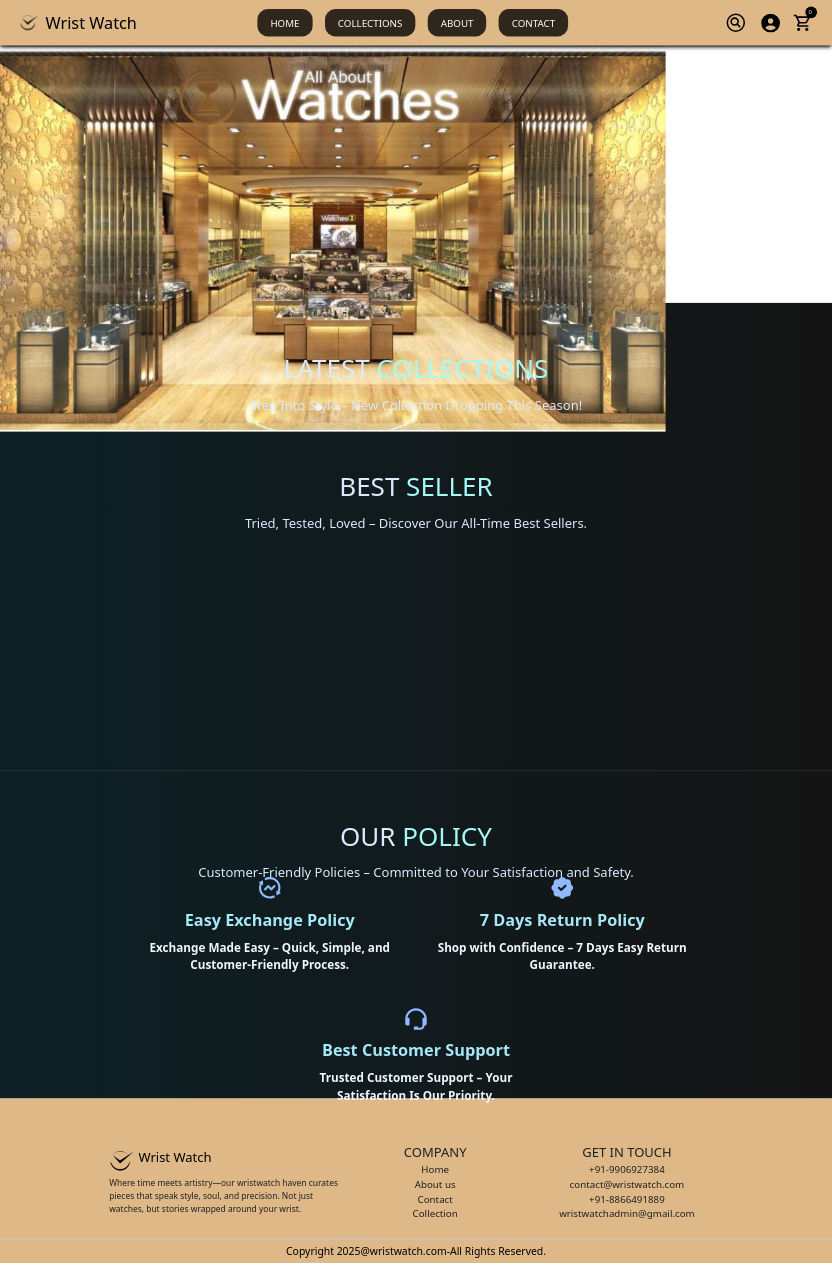
Repository: mansibhanushali/online_watch_ecommerce_mernstack_webapplication
Page: / (app in frontend/)
An editor plug-in stored every save of this project. The page is shown before and after the next save, followed by the edit.
The browser window is 1280 px wide. The pictures show the whole page, at 65% of full size.
The page's requests for data from a server got no answer. The project was rebuilt for these pictures with package versions that can differ from the ones it lists, and the page was loaded fresh each time. No one was signed in, and anything a server would have sent is missing. Also part of the build but not shown: frontend/vite.config.js, frontend/src/component/Loading.jsx, frontend/src/pages/Registration.jsx, frontend/src/component/Card.jsx, frontend/src/pages/Login.jsx, frontend/src/pages/About.jsx, frontend/src/pages/Collections.jsx, frontend/src/pages/Contact.jsx and 6 more.

Above is the page before, as saved 2025-08-15 22:29:18.

### frontend/index.html
<!doctype html>
<html lang="en">
  <head>
    <meta charset="UTF-8" />
    <link rel="icon" type="image/svg+xml" href="\logo1.png" />
    <meta name="viewport" content="width=device-width, initial-scale=1.0" />
    <title>Wristwatch</title>
  </head>
  <body>
    <div id="root"></div>
    <script type="module" src="/src/main.jsx"></script>
  </body>
</html>

### frontend/src/main.jsx
// src/main.jsx
import React from 'react';
import { createRoot } from 'react-dom/client';
import { BrowserRouter } from 'react-router-dom';
import './index.css';

import App from './App.jsx';
import AuthContext from './context/authContext.jsx';
import UserContextProvider from './context/UserContext.jsx';
import ShopContext from './context/ShopContext.jsx';

createRoot(document.getElementById('root')).render(
  <React.StrictMode>
    <BrowserRouter>
      <AuthContext>
        <UserContextProvider>
          <ShopContext>
            <App />
          </ShopContext>
        </UserContextProvider>
      </AuthContext>
    </BrowserRouter>
  </React.StrictMode>
);

### frontend/src/index.css
@import "tailwindcss";

body {
  @apply bg-white min-h-screen;
}

### frontend/src/App.jsx
import React, { useContext } from 'react';
import { Navigate, Route, Routes, useLocation } from 'react-router-dom';
import Registration from './pages/Registration';
import Home from './pages/Home';
import Login from './pages/Login';
import Nav from './component/Nav';
import { userDataContext } from './context/UserContext';
import About from './pages/About';
import Collections from './pages/Collections';
import Product from './pages/Product';
import Contact from './pages/Contact';
import ProductDetail from './pages/ProductDetail';
import Cart from './pages/Cart';
import PlaceOrder from './pages/PlaceOrder';
import Order from './pages/Order';
import { ToastContainer } from 'react-toastify';
import NotFound from './pages/NotFound';

function App() {
  const { userData } = useContext(userDataContext);
  const location = useLocation();

  // Protected route wrapper
  const ProtectedRoute = (Component) => {
    return userData ? (
      Component
    ) : (
      <Navigate to="/login" state={{ from: location.pathname }} />
    );
  };

  return (
    <>
      <ToastContainer />
      <Nav />
      <Routes>
        {/* Public Routes */}
        <Route path="/" element={<Home />} />
        <Route path="/about" element={<About />} />
        <Route path="/collection" element={<Collections />} />
        <Route path="/collection/:category" element={<Collections />} />
        <Route path="/product" element={<Product />} />
        <Route path="/contact" element={<Contact />} />

        {/* Auth Routes */}
        <Route
          path="/login"
          element={
            userData ? (
              <Navigate to={location.state?.from || '/'} />
            ) : (
              <Login />
            )
          }
        />
        <Route
          path="/signup"
          element={
            userData ? (
              <Navigate to={location.state?.from || '/'} />
            ) : (
              <Registration />
            )
          }
        />

        {/* Protected Routes */}
        <Route
          path="/productdetail/:productId"
          element={ProtectedRoute(<ProductDetail />)}
        />
        <Route path="/cart" element={ProtectedRoute(<Cart />)} />
        <Route path="/placeorder" element={ProtectedRoute(<PlaceOrder />)} />
        <Route path="/order" element={ProtectedRoute(<Order />)} />

        {/* 404 Fallback */}
        <Route path="*" element={<NotFound />} />
      </Routes>
    </>
  );
}

export default App;

### frontend/src/context/AuthContext.jsx
// src/context/AuthContext.jsx
import React, { createContext, useReducer, useEffect } from "react";
import axios from "axios";

const initialState = {
  user: null,
  token: null,
  isAuthenticated: false,
};

function reducer(state, action) {
  switch (action.type) {
    case "LOGIN":
      return {
        ...state,
        user: action.payload.user,
        token: action.payload.token,
        isAuthenticated: true,
      };
    case "LOGOUT":
      return initialState;
    default:
      return state;
  }
}

export const authDataContext = createContext();

function AuthContext({ children }) {
  const serverUrl = "http://localhost:8000";

  const [state, dispatch] = useReducer(reducer, initialState, () => {
    const token = localStorage.getItem("token");
    const user = localStorage.getItem("user");
    return token && user
      ? { token, user: JSON.parse(user), isAuthenticated: true }
      : initialState;
  });

  // axios defaults setup (runs whenever token changes)
  useEffect(() => {
    axios.defaults.baseURL = serverUrl;
    axios.defaults.withCredentials = true;

    if (state.token) {
      axios.defaults.headers.common["Authorization"] = `Bearer ${state.token}`;
      localStorage.setItem("token", state.token);
      localStorage.setItem("user", JSON.stringify(state.user));
    } else {
      delete axios.defaults.headers.common["Authorization"];
      localStorage.removeItem("token");
      localStorage.removeItem("user");
    }
  }, [state.token, state.user]);

  // Fetch current user from backend
  const fetchCurrentUser = async (token) => {
    try {
      const res = await axios.get("/api/user/getcurrentuser", {
        headers: { Authorization: `Bearer ${token}` }
      });
      return res.data;
    } catch (err) {
      console.error("Fetch current user error:", err.response?.data || err.message);
      return null;
    }
  };

  // Login and fetch user
  const login = async ({ token }) => {
    const user = await fetchCurrentUser(token);
    if (user) {
      dispatch({ type: "LOGIN", payload: { token, user } });
    }
  };

  const logout = () => dispatch({ type: "LOGOUT" });

  // Auto login when page refreshes
  useEffect(() => {
    const autoLogin = async () => {
      if (state.token && !state.user) {
        const user = await fetchCurrentUser(state.token);
        if (user) {
          dispatch({ type: "LOGIN", payload: { token: state.token, user } });
        }
      }
    };
    autoLogin();
  }, []);

  return (
    <authDataContext.Provider value={{ serverUrl, ...state, login, logout }}>
      {children}
    </authDataContext.Provider>
  );
}

export default AuthContext;

### frontend/src/context/UserContext.jsx
// src/context/UserContext.jsx
import React, { createContext, useContext, useEffect, useState } from 'react';
import { authDataContext } from './AuthContext';
import axios from 'axios';

export const userDataContext = createContext();

function UserContextProvider({ children }) {
  const [userData, setUserData] = useState(null);
  const { serverUrl } = useContext(authDataContext);

  const getCurrentUser = async () => {
    try {
      // ✅ Cookie-based request
      const result = await axios.get(`${serverUrl}/api/user/getcurrentuser`, {
        withCredentials: true, // Cookie automatically send होगी
      });

      if (result.data?.success) {
        setUserData(result.data.user);
      } else {
        setUserData(null);
      }
    } catch (error) {
      setUserData(null);
      console.error("getCurrentUser error:", error);
    }
  };

  // 🔹 Page load pe call
  useEffect(() => {
    getCurrentUser();
  }, []);

  return (
    <userDataContext.Provider value={{ userData, setUserData, getCurrentUser }}>
      {children}
    </userDataContext.Provider>
  );
}

export default UserContextProvider;

### frontend/src/context/ShopContext.jsx
import React, { createContext, useContext, useEffect, useState, useCallback } from 'react';
import { authDataContext } from './authContext';
import { userDataContext } from './UserContext';
import axios from 'axios';
import { toast } from 'react-toastify';

export const shopDataContext = createContext();

function ShopContextProvider({ children }) {
  const [products, setProducts] = useState([]);
  const [search, setSearch] = useState('');
  const { userData } = useContext(userDataContext);
  const [showSearch, setShowSearch] = useState(false);
  const { serverUrl } = useContext(authDataContext);
  const [cartItem, setCartItem] = useState({});
  const [loading, setLoading] = useState(false);
  const [token, setToken] = useState(localStorage.getItem("token") || "");

  const currency = '₹';
  const delivery_fee = 40;

  // token sync
  useEffect(() => {
    const savedToken = localStorage.getItem("token");
    if (savedToken) {
      setToken(savedToken);
    }
  }, []);

  // ✅ Get products
  const getProducts = useCallback(async () => {
    if (!serverUrl) return;
    try {
      const result = await axios.get(`${serverUrl}/api/product/list`);
      setProducts(result.data);
    } catch (error) {
      console.error("Get Products Error:", error);
    }
  }, [serverUrl]);

  // ✅ Add to cart
  const addtoCart = async (itemId) => {
    let cartData = structuredClone(cartItem);
    cartData[itemId] = (cartData[itemId] || 0) + 1;
    setCartItem(cartData);

    if (userData && token) {
      setLoading(true);
      try {
        await axios.post(
          `${serverUrl}/api/cart/add`,
          { itemId },
          {
            headers: { Authorization: `Bearer ${token}` },
            withCredentials: true
          }
        );
      } catch (error) {
        console.error(error);
        toast.error("Add Cart Error");
      } finally {
        setLoading(false);
      }
    }
  };

  // ✅ Get user cart
  const getUserCart = useCallback(async () => {
    if (!token || !serverUrl) return;
    try {
      const result = await axios.post(
        `${serverUrl}/api/cart/get`,
        {},
        {
          headers: { Authorization: `Bearer ${token}` },
          withCredentials: true
        }
      );
      setCartItem(result.data || {});
    } catch (error) {
      console.error("Get User Cart Error:", error);
    }
  }, [serverUrl, token]);

  // ✅ Update cart item quantity
  const updateQuantity = async (itemId, quantity) => {
    let cartData = structuredClone(cartItem);
    cartData[itemId] = quantity;
    setCartItem(cartData);

    if (userData && token) {
      try {
        await axios.post(
          `${serverUrl}/api/cart/update`,
          { itemId, quantity },
          {
            headers: { Authorization: `Bearer ${token}` },
            withCredentials: true
          }
        );
      } catch (error) {
        console.error(error);
      }
    }
  };

  // ✅ Total cart items count
  const getCartCount = () => {
    return Object.values(cartItem).reduce((acc, qty) => acc + qty, 0);
  };

  // ✅ Total cart amount
  const getCartAmount = () => {
    let totalAmount = 0;
    for (const itemId in cartItem) {
      let itemInfo = products.find((product) => product._id === itemId);
      if (itemInfo && cartItem[itemId] > 0) {
        totalAmount += itemInfo.price * cartItem[itemId];
      }
    }
    return totalAmount;
  };

  // Fetch products and cart
  useEffect(() => {
    getProducts();
  }, [getProducts]);

  useEffect(() => {
    getUserCart();
  }, [getUserCart]);

  let value = {
    products,
    currency,
    delivery_fee,
    getProducts,
    search,
    setSearch,
    showSearch,
    setShowSearch,
    cartItem,
    addtoCart,
    getCartCount,
    setCartItem,
    updateQuantity,
    getCartAmount,
    loading,
    serverUrl,
    setToken,
    token
  };

  return (
    <shopDataContext.Provider value={value}>
      {children}
    </shopDataContext.Provider>
  );
}

export default ShopContextProvider;

### frontend/src/pages/Home.jsx
import React, { useState, useEffect } from 'react'
import Backgound from '../component/Backgound'
import Product from './Product'
import OurPolicy from '../component/OurPolicy'
import Footer from '../component/Footer'

function Home() {
  let [heroCount, setHeroCount] = useState(0)

  useEffect(() => {
    let interval = setInterval(() => {
      setHeroCount(prevCount => (prevCount === 3 ? 0 : prevCount + 1))
    }, 3000)
    return () => clearInterval(interval)
  }, [])

  return (
    <div className="overflow-x-hidden relative top-[70px]">
      <div className="w-[80vw] lg:h-[55vh] md:h-[50vh] sm:h-[30vh] bg-gradient-to-l from-[burlwood] to-[burlywood] flex justify-center">
        <Backgound heroCount={heroCount} />
      </div>
      <Product />
      <OurPolicy />
      <Footer />
    </div>
  )
}

export default Home

### frontend/src/pages/Product.jsx
import React from 'react'
import LatestCollection from '../component/LatestCollection'
import BestSeller from '../component/BestSeller'

function Product() {
  return (
    <div className='w-[100vw] min-h-[100vh] bg-gradient-to-l from-[#141414] to-[#0c2025] flex items-center justify-start flex-col py-[20px]'>

        <div className='w-[100%] min-h-[70px] flex items-center justify-center gap-[10px]  flex-col '>
            <LatestCollection/>
        </div>
        <div className='w-[100%] min-h-[70px] flex items-center justify-center gap-[10px]  flex-col '>
            <BestSeller/>
        </div>

    </div>
  )
}

export default Product

### frontend/src/component/Backgound.jsx
import React from 'react'
import back1 from "../assets/back1.jpg"

function Background() {
  return (
    <img
      src={back1}
      alt="background"
      className="w-[100%] h-[150%] float-left overflow-auto object-cover"
    />
  )
}

export default Background

### frontend/src/component/OurPolicy.jsx
import React from 'react'
import Title from './Title'
import { RiExchangeFundsLine } from "react-icons/ri";
import { TbRosetteDiscountCheckFilled } from "react-icons/tb";
import { BiSupport } from "react-icons/bi";

function OurPolicy() {
  return (
    <div className='w-[100vw] h-[100vh] md:h-[70vh] flex items-center justify-start flex-col  bg-gradient-to-l from-[#141414] to-[#0c2025] gap-[50px] '>
        <div className='h-[8%] w-[100%] text-center mt-[70px] '>
            <Title text1={"OUR"} text2={"POLICY"}/>
            <p className='w-[100%] m-auto text-[13px] md:text-[20px] px-[10px] text-blue-100 '>Customer-Friendly Policies – Committed to Your Satisfaction and Safety.</p>
        </div>
      <div className='w-[100%] md:min-h-[50%] h-[20%] flex items-center justify-center flex-wrap lg:gap-[50px] gap-[80px]'>
        <div className='w-[400px] max-w-[90%] h-[60%] flex items-center justify-center flex-col gap-[10px] '>
        <RiExchangeFundsLine  className='md:w-[60px] w-[30px] h-[30px] md:h-[60px] text-[#90b9ff]'/>
        <p className='font-semibold md:text-[25px] text-[19px] text-[#a5e8f7]'>Easy Exchange Policy</p>
        <p className='font-semibold md:text-[18px] text-[12px] text-[aliceblue] text-center'>Exchange Made Easy – Quick, Simple, and Customer-Friendly Process.</p>

        </div>
        <div className='w-[400px] max-w-[90%] h-[60%] flex items-center justify-center flex-col gap-[10px] '>
        <TbRosetteDiscountCheckFilled  className='md:w-[60px] w-[30px] h-[30px] md:h-[60px] text-[#90b9ff]'/>
        <p className='font-semibold md:text-[25px] text-[19px] text-[#a5e8f7]'>7 Days Return Policy</p>
        <p className='font-semibold md:text-[18px] text-[12px] text-[aliceblue] text-center'>Shop with Confidence – 7 Days Easy Return Guarantee.</p>

        </div>
        <div className='w-[400px] max-w-[90%] h-[60%] flex items-center justify-center flex-col gap-[10px] '>
        <BiSupport  className='md:w-[60px] w-[30px] h-[30px] md:h-[60px] text-[#90b9ff]'/>
        <p className='font-semibold md:text-[25px] text-[19px] text-[#a5e8f7]'>Best Customer Support</p>
        <p className='font-semibold md:text-[18px] text-[12px] text-[aliceblue] text-center'>Trusted Customer Support – Your Satisfaction Is Our Priority.</p>

        </div>
      </div>
    </div>
  )
}

export default OurPolicy

### frontend/src/component/Footer.jsx
import React from 'react'
import logo from "../assets/logo.png"
function Footer() {
  return (
    <div className='w-[100%] md:h-[36vh] h-[21vh] mb-[77px] md:mb-[0px]'>
        <div className='w-[100%] md:h-[30vh] h-[15vh]  md:mb-[0px] bg-[burlywood] flex items-center justify-center md:px-[50px] px-[5px]'>
            <div className='md:w-[30%] w-[35%] h-[100%] flex items-start justify-center flex-col gap-[5px]  '>
                <div className='flex items-start justify-start gap-[5px] mt-[10px] md:mt-[40px]'>
                    <img src={logo} alt=""  className='md:w-[40px] md:h-[40px] w-[30px] h-[30px]'/>
                    <p className='text-[19px] md:text-[20px] text-[black] '>Wrist Watch</p>

                </div>
                <p className='text-[13px] text-[#1e2223] hidden md:block'>Where time meets artistry—our wristwatch haven curates pieces that speak style, soul, and precision. Not just watches, but stories wrapped around your wrist.</p>
                    <p className='text-[15px] text-[#1e2223] flex md:hidden'>Fast Easy Reliable</p>


            </div>
            <div className='md:w-[25%] w-[30%] h-[100%] flex items-center justify-center flex-col text-center'>
                    <div className='flex items-center justify-center gap-[5px] mt-[10px] md:mt-[40px]'>
                        <p className='text-[19px] md:text-[20px] text-[#1e2223] font-sans '>COMPANY</p>

                    </div>
                    <ul>
                         <li className='text-[15px] text-[#1e2223] hidden md:block cursor-pointer'>Home</li>
                        <li className='text-[15px] text-[#1e2223] cursor-pointer '>About us</li>
                        <li className='text-[15px] text-[#1e2223] cursor-pointer '>Contact</li>
                        <li className='text-[15px] text-[#1e2223] cursor-pointer '>Collection</li>
                    </ul>
                </div>

                <div className='md:w-[25%] w-[40%]  h-[100%] flex items-center justify-center flex-col text-center '>
                     <div className='flex items-center justify-center gap-[5px] mt-[10px] md:mt-[40px]'>
                        <p className='text-[19px] md:text-[20px] text-[#1e2223] font-sans '>GET IN TOUCH</p>

                    </div>
                     <ul>
                         <li className='text-[15px] text-[#1e2223] '>+91-9906927384</li>
                        <li className='text-[15px] text-[#1e2223] '>contact@wristwatch.com</li>
                        <li className='text-[15px] text-[#1e2223] hidden md:block'>+91-8866491889</li>
                        <li className='text-[15px] text-[#1e2223] hidden md:block'>wristwatchadmin@gmail.com</li>
                    </ul>
                </div>

        </div>
        <div className='w-[100%] h-[1px] bg-slate-400'></div>
        <div className='w-[100%] h-[5vh] bg-[burlywood] flex items-center justify-center'>Copyright 2025@wristwatch.com-All Rights Reserved.</div>

    </div>
  )
}

export default Footer

### frontend/src/component/LatestCollection.jsx
import React, { useContext, useEffect, useState } from 'react'
import Title from './Title'
import { shopDataContext } from '../context/ShopContext'
import Card from './Card'

function LatestCollection() {
    let {products} = useContext(shopDataContext)
    let [latestProducts,setLatestProducts] = useState([])

    useEffect(()=>{
    setLatestProducts(products.slice(0,8));
    },[products])

  return (
    <div>
      <div className='h-[8%] w-[100%] text-center md:mt-[50px]  '>
        <Title text1={"LATEST"} text2={"COLLECTIONS"}/>
        <p className='w-[100%] m-auto text-[13px] md:text-[20px] px-[10px] text-blue-100 '>Step Into Style – New Collection Dropping This Season!</p>
      </div>
      <div className='w-[100%] h-[50%] mt-[30px] flex items-center justify-center flex-wrap gap-[50px]'>
        {
            latestProducts.map((item,index)=>(
                <Card key={index} name={item.name} image={item.image} id={item._id} price={item.price}/>
            ))
        }

        </div>
    </div>
  )
}

export default LatestCollection

### frontend/src/component/BestSeller.jsx
import React, { useContext, useEffect, useState } from 'react';
import Title from './Title';
import { shopDataContext } from '../context/ShopContext';
import Card from './Card';

function BestSeller() {
  let { products, serverUrl } = useContext(shopDataContext);
  let [bestSeller, setBestSeller] = useState([]);

  useEffect(() => {
    let filterProduct = products.filter((item) => item.bestseller);
    setBestSeller(filterProduct.slice(0, 4));
  }, [products]);

  // Function to build correct image URL
  const getImageUrl = (img) => {
    if (!img) return "https://via.placeholder.com/300x300?text=No+Image"; // fallback
    return img.startsWith("http") ? img : `${serverUrl}/uploads/${img}`;
  };

  return (
    <div>
      <div className="h-[8%] w-[100%] text-center mt-[50px]">
        <Title text1={"BEST"} text2={"SELLER"} />
        <p className="w-[100%] m-auto text-[13px] md:text-[20px] px-[10px] text-blue-100">
          Tried, Tested, Loved – Discover Our All-Time Best Sellers.
        </p>
      </div>

      <div className="w-[100%] h-[50%] mt-[30px] flex items-center justify-center flex-wrap gap-[50px]">
        {bestSeller.map((item, index) => (
          <Card
            key={index}
            name={item.name}
            id={item._id}
            price={item.price}
            image={getImageUrl(item.image)}
          />
        ))}
      </div>
    </div>
  );
}

export default BestSeller;

Loaded but not shown: frontend/src/component/Title.jsx (common file); frontend/src/component/Nav.jsx (137 lines, source omitted)

After the next save:
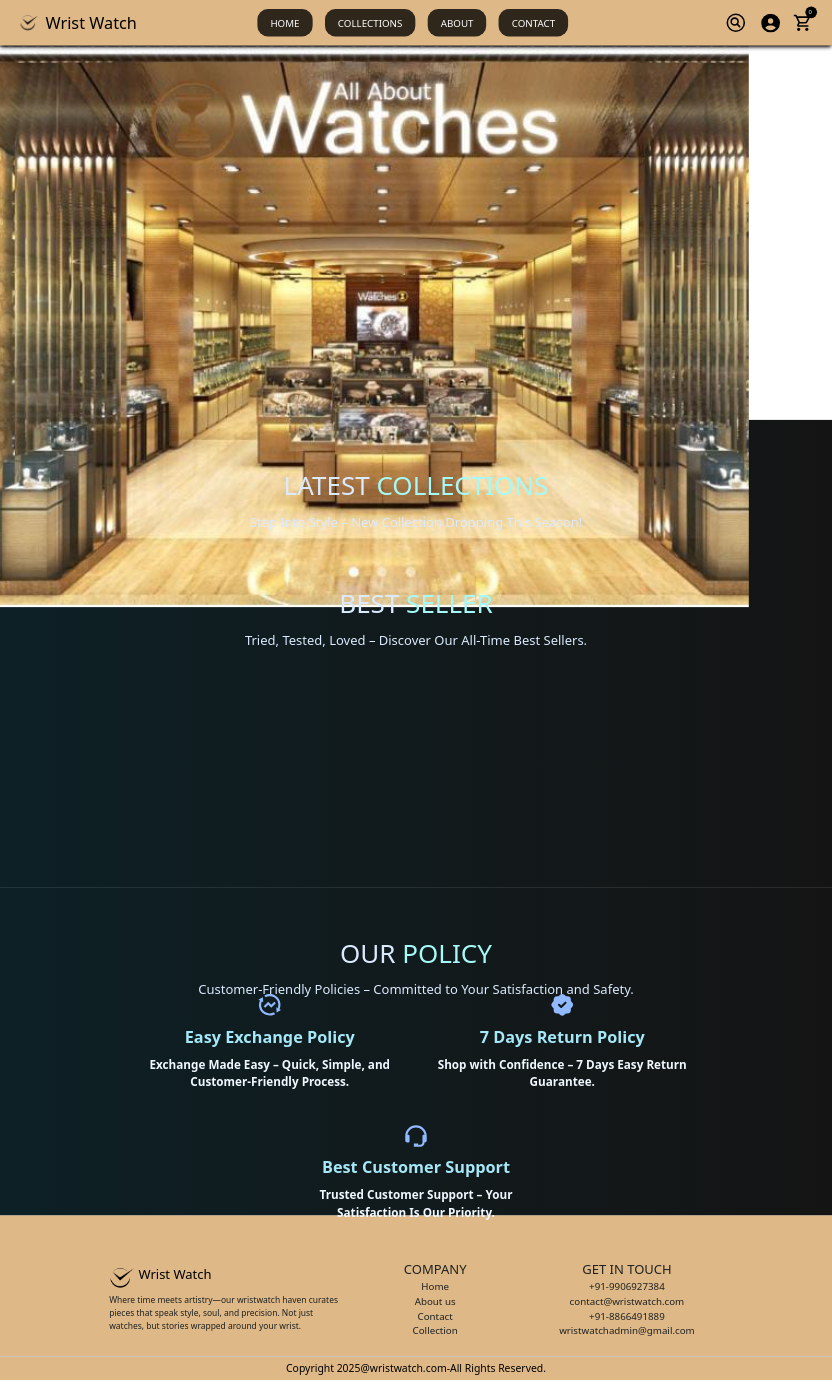
Saved 16 s later.
--- a/frontend/src/pages/Home.jsx
+++ b/frontend/src/pages/Home.jsx
@@ -16,7 +16,7 @@ function Home() {
 
   return (
     <div className="overflow-x-hidden relative top-[70px]">
-      <div className="w-[80vw] lg:h-[55vh] md:h-[50vh] sm:h-[30vh] bg-gradient-to-l from-[burlwood] to-[burlywood] flex justify-center">
+      <div className="w-[90vw] lg:h-[80vh] md:h-[50vh] sm:h-[30vh] bg-gradient-to-l from-[burlwood] to-[burlywood] flex justify-center">
         <Backgound heroCount={heroCount} />
       </div>
       <Product />
